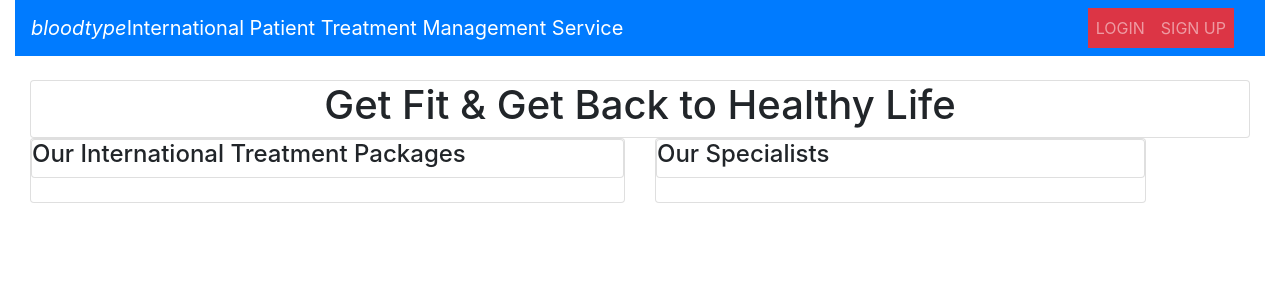
Repository: Vineet2408/POD-Cognizant
Page: http://localhost/iptms-UIportal/WEB-INF/view/home.jsp
These files come from the project's save history. The page is drawn as it stood at one moment and after the next save; the edit follows.
The browser window is 1280 px wide. The pictures show the whole page.
The page is served by Tomcat 9. Nobody is signed in. The template is opened directly, without the code that normally fills it, so the values that code supplies are empty.

Above is the page before, as saved 2021-03-07 16:41:54.

After the next save:
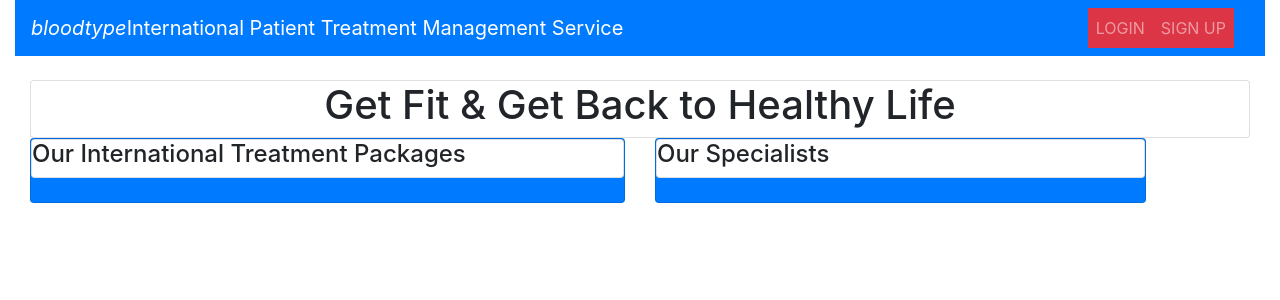
Saved 4 min 39 s later.
--- a/iptms-UIportal/src/main/webapp/WEB-INF/view/home.jsp
+++ b/iptms-UIportal/src/main/webapp/WEB-INF/view/home.jsp
@@ -26,7 +26,7 @@
     <div class="container-fluid">
             <div class="row">
                     <div class="col-md-6">
-                    	<div class="card">
+                    	<div class="card bg-primary">
                         <div class="card">
                             <h4>Our International Treatment Packages</h4>
                         </div>
@@ -40,14 +40,14 @@
                                             <div class="container">
                                                     <div class="row">
                                                         <div class="col-md-4" name="treatment-ailment-name">
-                                                        	<div class="card">
+                                                        	<div class="card bg-success">
                                                         	<label>Ailment Category</label><br>
                                                         	<label>${IPTreatmentPackages.ailmentCategory}</label>
                                                         	</div>
                                                             <br>
                                                         </div>
                                                         <div class="col-md-4" name="treatment-package-name">
-                                                        	<div class="card">
+                                                        	<div class="card bg-success">
                                                         	<label>Package Name</label><br>
                                                             <label>${IPTreatmentPackages.packageDetail.treatmentPackageName}</label>
                                                        		</div>
@@ -59,14 +59,14 @@
                                                     </div>
                                                     <div class="row">
                                                         <div class="col-md-6" name="treatment-package-test-detail">
-                                                        	<div class="card">
+                                                        	<div class="card bg-success">
                                                         	<label>Test Detail</label><br>
                                                             <label>${IPTreatmentPackages.packageDetail.testDetails}</label>
                                                         	</div>
                                                         	<br>
                                                         </div>
                                                         <div class="col-md-6" name="treatment-package-treatment-duration">
-                                                            <div class="card">
+                                                            <div class="card bg-success">
                                                                 <label>Treatment Duration</label><br>
                                                                 ${IPTreatmentPackages.packageDetail.treatmentDuration}
                                                             </div>
@@ -85,7 +85,7 @@
                     </div>
                     </div>
                     <div class="col-md-5">
-                    	<div class="card">
+                    	<div class="card bg-primary">
                         <div class="card">
                             <h4>Our Specialists</h4>
                         </div>
@@ -107,7 +107,7 @@
                                                 </div>
                                                 <div class="row">
                                                     <div class="col-md-6" name="area-of-experties">
-                                                        <div class="card">
+                                                        <div class="card bg-success">
                                                             <label>Area of Experties</label><br>
                                                             ${specialist.areaOfExpertise}
                                                         </div>
